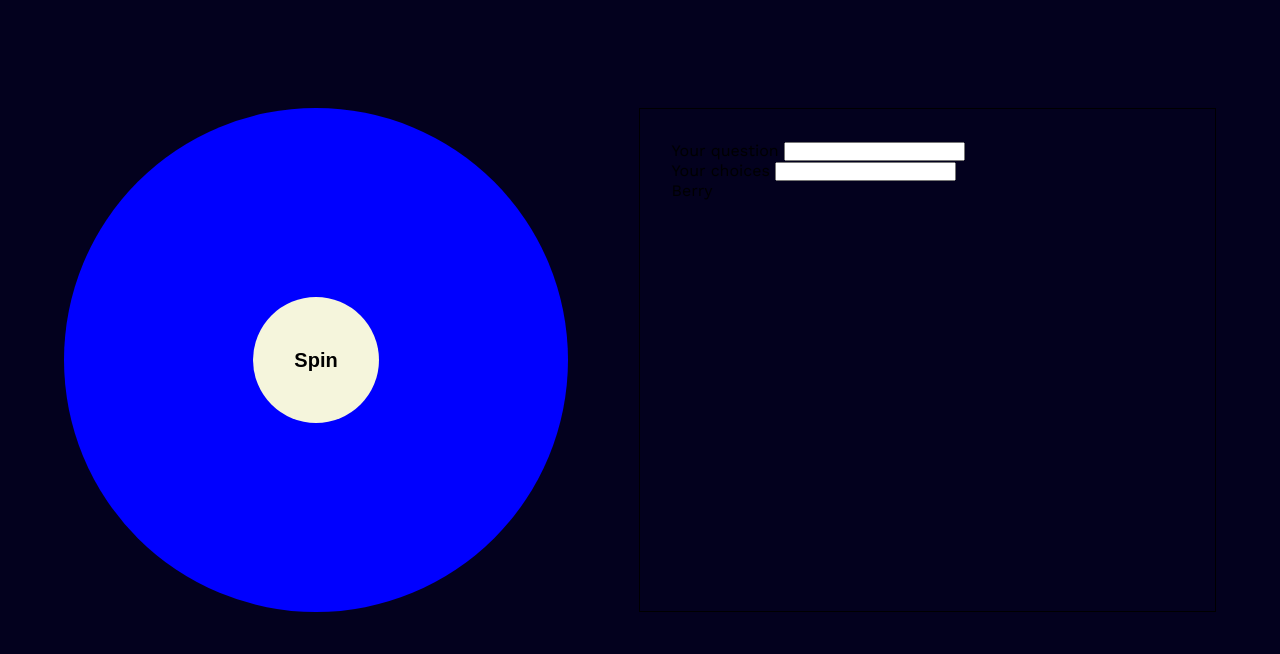
Repository: emiliaiwu/choice_wheel_spinner
Page: index.html
The author's editor kept a copy of each file at every save. The page is drawn from the files as they stood at one save, then again after the next save.
The browser window is 1280 px wide. The pictures show the whole page.

Above is the page before, as saved 2023-01-09 23:38:50.

### index.html
<!DOCTYPE html>
<html lang="en">
<head>
    <meta charset="UTF-8">
    <meta http-equiv="X-UA-Compatible" content="IE=edge">
    <meta name="viewport" content="width=device-width, initial-scale=1.0">
    <link rel="stylesheet" href="style.css">
    <title>Choice Picker</title>
</head>
<body>
    <div class="container">
        <div class="choice_picker_container">
            <div class="choice_picker">
                <div class="circle">
                    <button class="spin">
                        <h2>Spin</h2>
                    </button>
                </div>
            </div>
            <div class="choice_details">
                <div class="question">
                    <label for="question">Your question</label>
                    <input type="text" name="question" id="question">
                </div>
                <div class="make_choices">
                    <label for="choices">Your choices</label>
                    <input type="text" name="choices" id="choices">
                </div>
                <div class="listed_choices">
                    <span class="choice">Berry</span>
                </div>
            </div>
        </div>
        <div class="picked_choice">

        </div>
    </div>
</body>
</html>

### style.css
@import url('https://fonts.googleapis.com/css2?family=Work+Sans:ital,wght@0,400;0,500;1,700&display=swap');

* {
    padding: 0;
    margin: 0;
    box-sizing: border-box;
}


body {
    background-color: rgb(3, 1, 30);
    font-family: 'Work Sans', sans-serif;
    max-width: 100vw;
    min-height: 100vh;

}

body,
.spin {
    display: flex;
    align-items: center;
    justify-content: center;

}

.container {
    padding: 5%;
}

.container,
.choice_picker {
    width: 100%;
    height: 100%;
}

.choice_picker_container {
    display: flex;
    align-items: flex-start;
    justify-content: space-between;
    gap: 2rem;
}

.circle {
    width: 70vmin;
    height: 70vmin;
    background-color: blue;
    border-radius: 50%;
    position: relative;
}

.spin {
    width: 25%;
    height: 25%;
    background-color: beige;
    position: absolute;
    border-radius: 50%;
    top: 50%;
    left: 50%;
    transform: translate(-50%, -50%);
    outline: none;
    border: none;
}


.choice_details {
    border: 1px solid ;
    padding: 2rem;
    height: 70vmin;
    width: 100%;
    background-color: ;
}

After the next save:
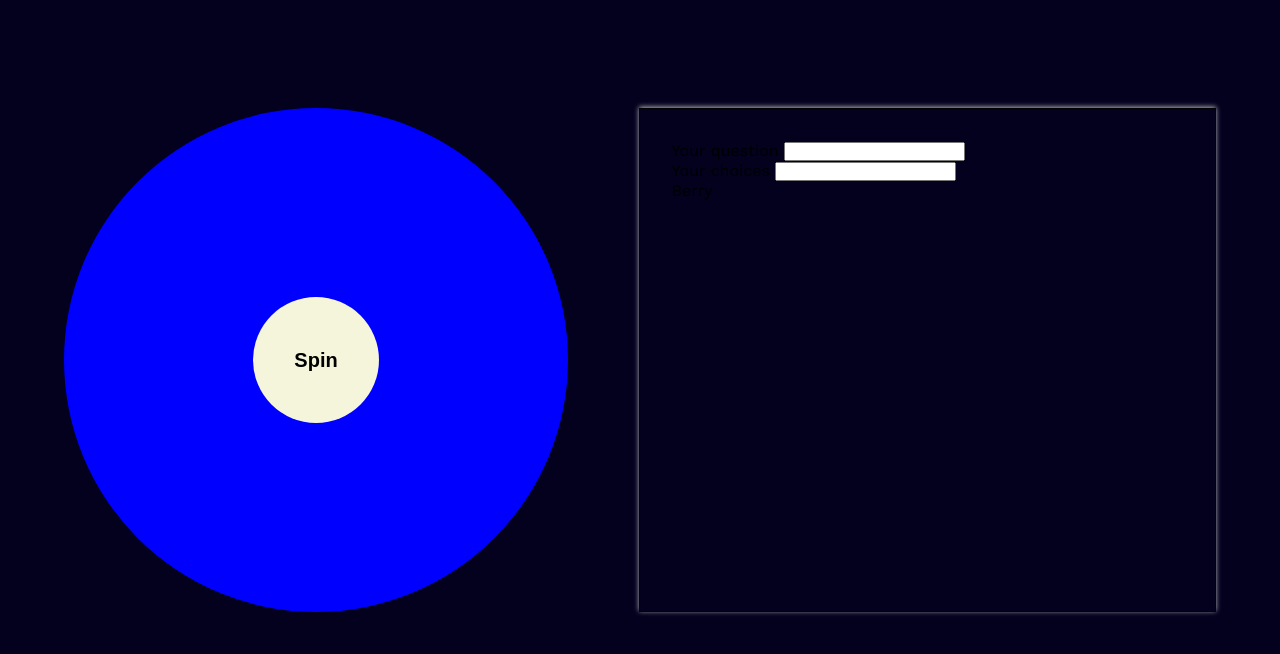
Saved 2 min 3 s later.
--- a/style.css
+++ b/style.css
@@ -68,4 +68,7 @@ body,
     height: 70vmin;
     width: 100%;
     background-color: ;
+    box-shadow: 0px -1px 5px 0px rgba(247,246,246,0.75);
+-webkit-box-shadow: 0px -1px 5px 0px rgba(247,246,246,0.75);
+-moz-box-shadow: 0px -1px 5px 0px rgba(247,246,246,0.75);
 }
